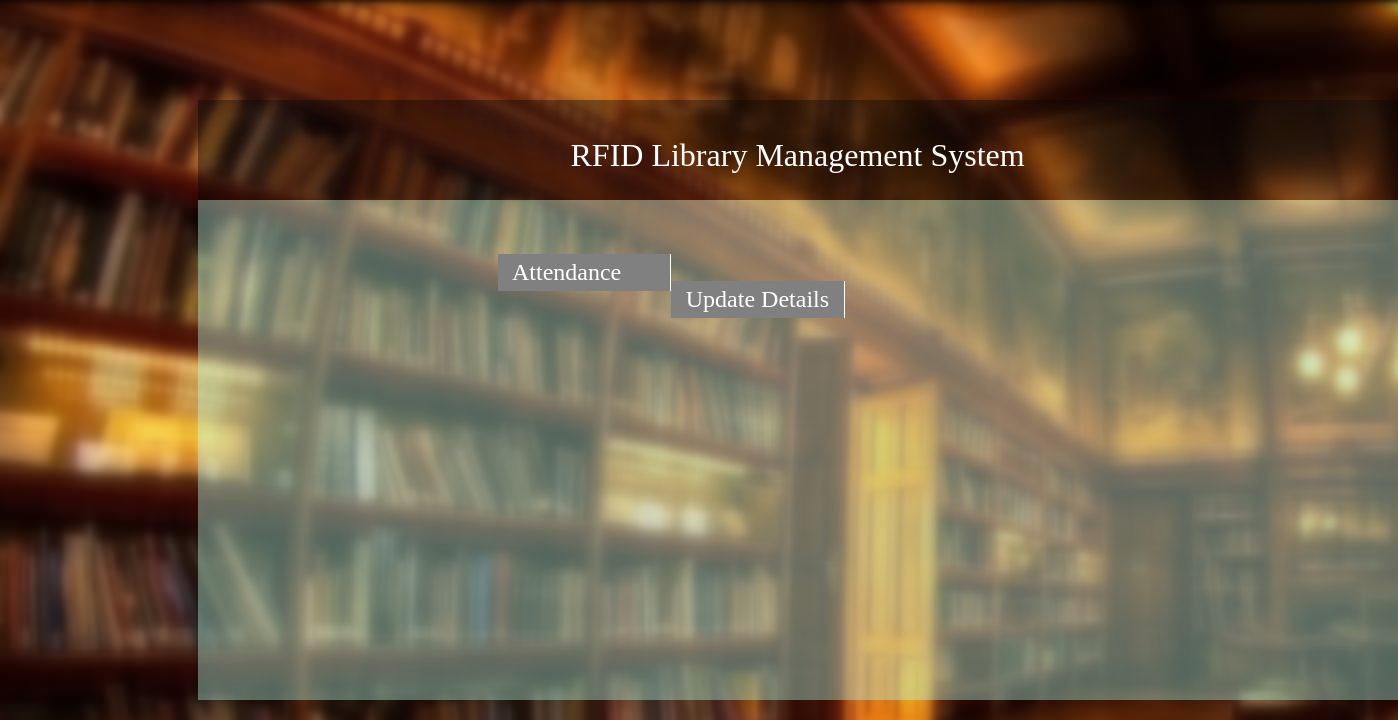
Repository: vigineshs/A-Smart-Data-Analyzer-for-Library-Management-System
Page: http://localhost/librarymgmt/attend.jsp
An editor plug-in stored every save of this project. The page is shown before and after the next save, followed by the edit.
The browser window is 1280 px wide. The page is 1398 px wide, so the pictures cover 1398 px, including what lies to the right of the window. The pictures show the whole page.
The page is served by Tomcat 9.

Above is the page before, as saved 2013-02-11 14:25:45.

After the next save:
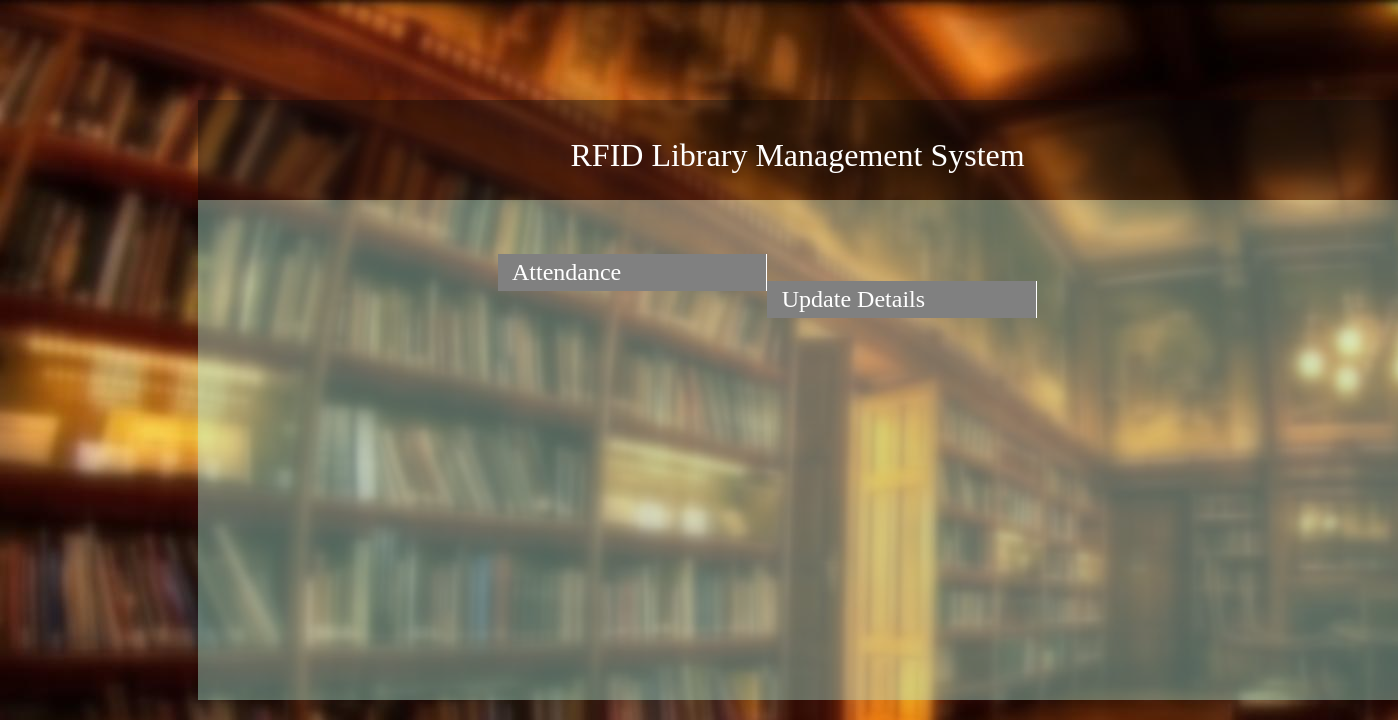
Saved 26 s later.
--- a/PassiveRFID/CS203-Version 1.0.6/Demo Applications/Dot Net C#/Demo Applications Source Code/RFID/librarymgmt/WebContent/page.css
+++ b/PassiveRFID/CS203-Version 1.0.6/Demo Applications/Dot Net C#/Demo Applications Source Code/RFID/librarymgmt/WebContent/page.css
@@ -20,7 +20,7 @@ list-style-type:none;
 a
 {
 float:left;
-width:6em;
+width:10em;
 text-decoration:none;
 color:white;
 background-color:grey;
